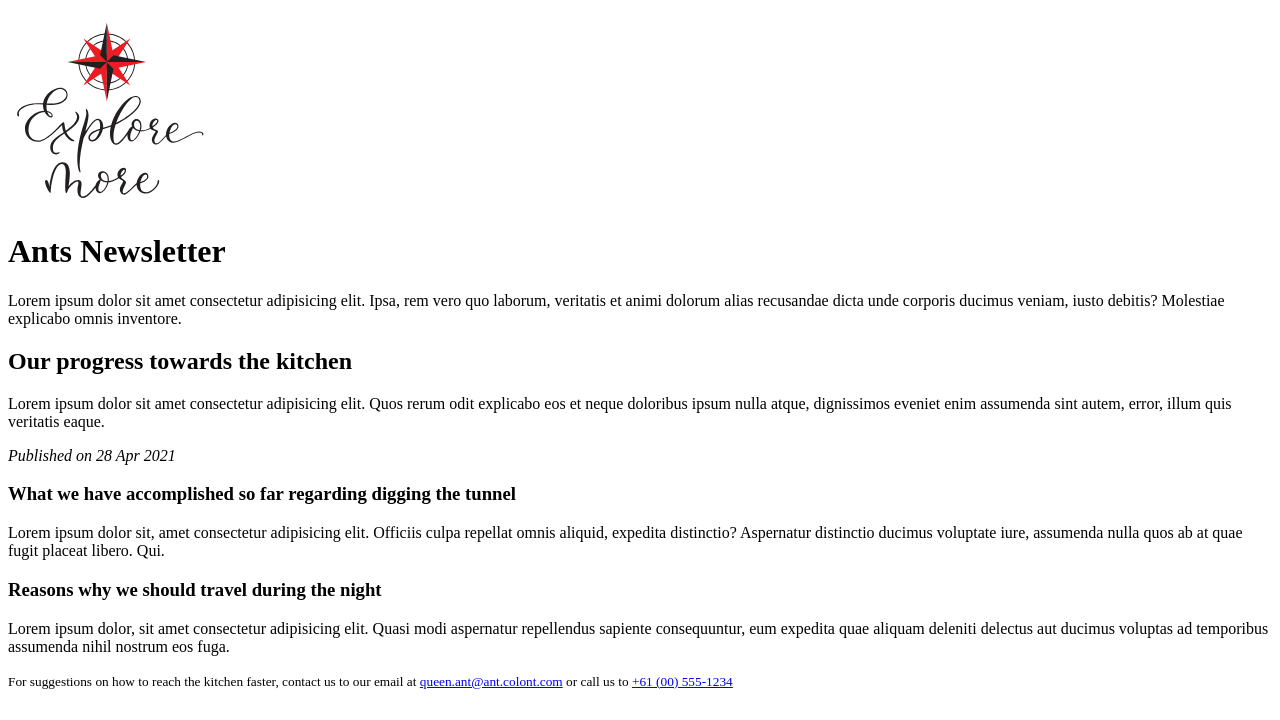
Repository: Colo-Codes/code-practice
Page: 01-html-practice-8.html
These files come from the project's save history. The page is drawn as it stood at one moment and after the next save; the edit follows.
The browser window is 1280 px wide. The pictures show the whole page.

Above is the page before, as saved 2021-04-28 08:36:56.

### 01-html-practice-8.html
<!DOCTYPE html>
<html lang="en">
<head>
    <meta charset="UTF-8">
    <meta http-equiv="X-UA-Compatible" content="IE=edge">
    <meta name="viewport" content="width=device-width, initial-scale=1.0">
    <title>Practice</title>
</head>
<body>
    <!-- This is a practice of the concepts learned so far. -->
    <header>
        <object data="assets/img/explore-more.svg" type="image/svg+xml" width="200">
            <img src="assets/img/explore-more.png" alt="A compass with the explore word underneath." width="200">
        </object>
        <h1>Ants Newsletter</h1>
        <p>Lorem ipsum dolor sit amet consectetur adipisicing elit. Ipsa, rem vero quo laborum, veritatis et animi dolorum alias recusandae dicta unde corporis ducimus veniam, iusto debitis? Molestiae explicabo omnis inventore.</p>
    </header>
    <section>
        <article>
            <header>
                <h2>Our progress towards the kitchen</h2>
                <p>Lorem ipsum dolor sit amet consectetur adipisicing elit. Quos rerum odit explicabo eos et neque doloribus ipsum nulla atque, dignissimos eveniet enim assumenda sint autem, error, illum quis veritatis eaque.</p>
                <p><i>Published on <time datetime="2021-04-28">28 Apr 2021</time></i></p>
            </header>
            <section>
                <h3>What we have accomplished so far regarding digging the tunnel</h3>
                <p>Lorem ipsum dolor sit, amet consectetur adipisicing elit. Officiis culpa repellat omnis aliquid, expedita distinctio? Aspernatur distinctio ducimus voluptate iure, assumenda nulla quos ab at quae fugit placeat libero. Qui.</p>
            </section>
            <section>
                <h3>Reasons why we should travel during the night</h3>
                <p>Lorem ipsum dolor, sit amet consectetur adipisicing elit. Quasi modi aspernatur repellendus sapiente consequuntur, eum expedita quae aliquam deleniti delectus aut ducimus voluptas ad temporibus assumenda nihil nostrum eos fuga.</p>
            </section>
            <footer>
                <p><small>For suggestions on how to reach the kitchen faster, contact us to our email at <a href="mailto:queen.ant@ant.colont.com">queen.ant@ant.colont.com</a> or call us to <a href="tel:+61-00-555-1234">+61 (00) 555-1234</a></small></p>
            </footer>
        </article>
        <article>
            <header>

            </header>

            <footer>

            </footer>

        </article>
    </section>
    <section>
        <form action=""></form>
    </section>
    <footer>

    </footer>
</body>
</html>

After the next save:
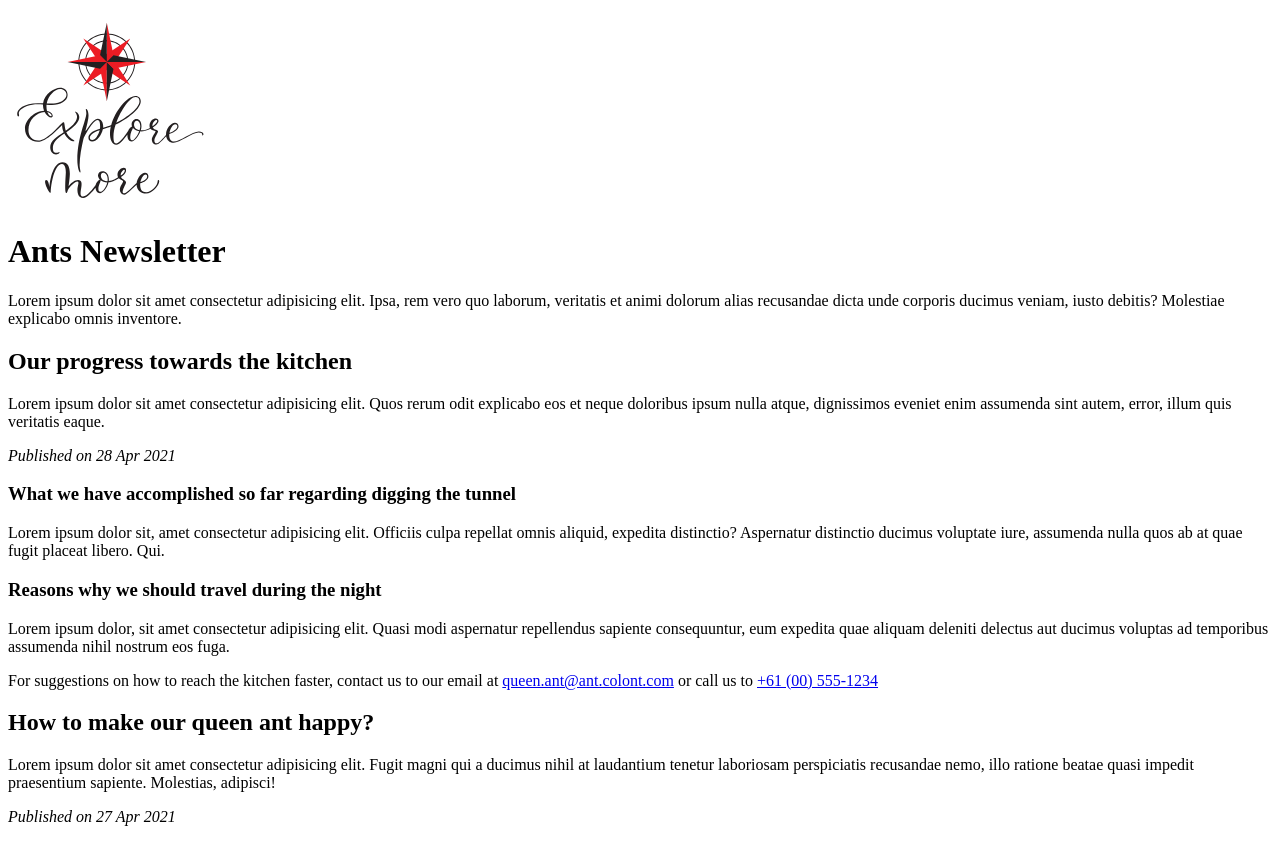
Saved 116 s later.
--- a/01-html-practice-8.html
+++ b/01-html-practice-8.html
@@ -31,12 +31,14 @@
                 <p>Lorem ipsum dolor, sit amet consectetur adipisicing elit. Quasi modi aspernatur repellendus sapiente consequuntur, eum expedita quae aliquam deleniti delectus aut ducimus voluptas ad temporibus assumenda nihil nostrum eos fuga.</p>
             </section>
             <footer>
-                <p><small>For suggestions on how to reach the kitchen faster, contact us to our email at <a href="mailto:queen.ant@ant.colont.com">queen.ant@ant.colont.com</a> or call us to <a href="tel:+61-00-555-1234">+61 (00) 555-1234</a></small></p>
+                <p>For suggestions on how to reach the kitchen faster, contact us to our email at <a href="mailto:queen.ant@ant.colont.com">queen.ant@ant.colont.com</a> or call us to <a href="tel:+61-00-555-1234">+61 (00) 555-1234</a></p>
             </footer>
         </article>
         <article>
             <header>
-
+                <h2>How to make our queen ant happy?</h2>
+                <p>Lorem ipsum dolor sit amet consectetur adipisicing elit. Fugit magni qui a ducimus nihil at laudantium tenetur laboriosam perspiciatis recusandae nemo, illo ratione beatae quasi impedit praesentium sapiente. Molestias, adipisci!</p>
+                <p><i>Published on <time datetime="2021-04-27">27 Apr 2021</time></i></p>
             </header>
 
             <footer>
